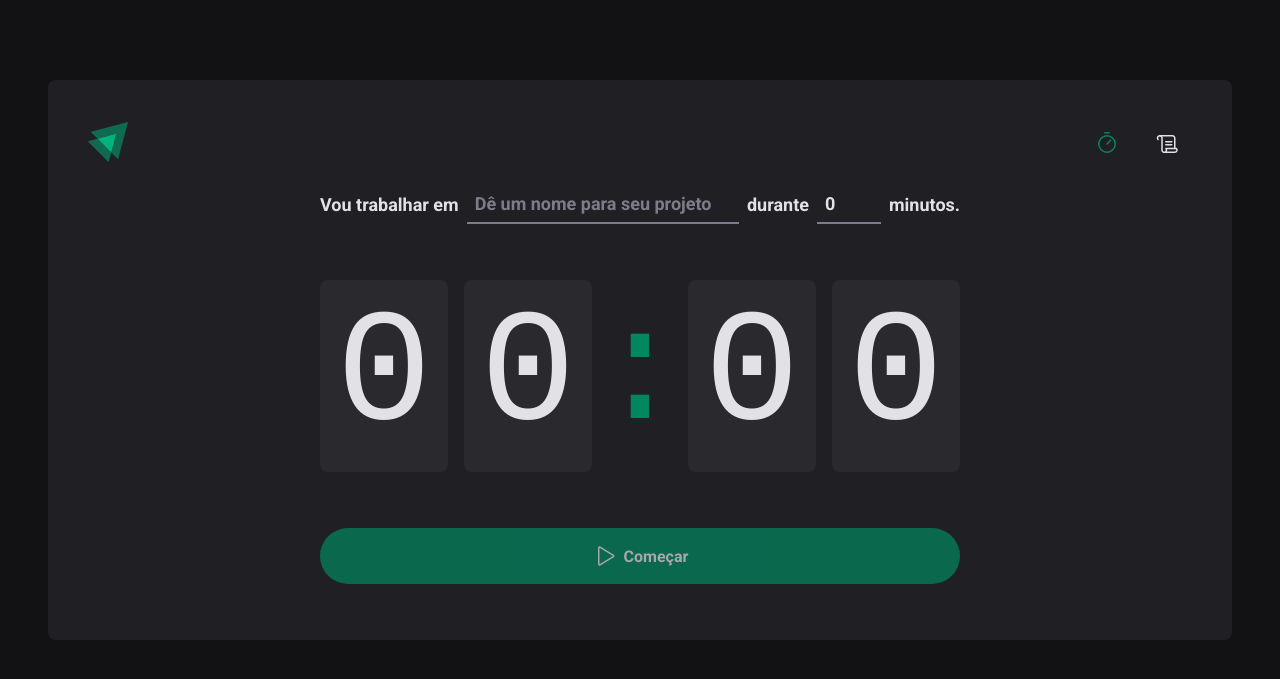
Repository: hercules-ferreira/project-2-timer-todo
Page: /
The author's editor kept a copy of each file at every save. The page is drawn from the files as they stood at one save, then again after the next save.
The browser window is 1280 px wide. The pictures show the whole page.
The project was rebuilt for these pictures with package versions that can differ from the ones it lists, and the page was loaded fresh each time. Also part of the build but not shown: vite.config.ts, src/pages/History/styles.ts, src/pages/History/index.tsx.

Above is the page before, as saved 2023-08-15 02:52:07.

### index.html
<!doctype html>
<html lang="en">
  <head>
    <meta charset="UTF-8" />
    <link rel="preconnect" href="https://fonts.googleapis.com" />
    <link rel="preconnect" href="https://fonts.gstatic.com" crossorigin />
    <link href="https://fonts.googleapis.com/css2?family=Roboto:wght@400;700&display=swap" rel="stylesheet" />
    <meta name="viewport" content="width=device-width, initial-scale=1.0" />


    <title>Project Timer Todo</title>
  </head>
  <body>
    <div id="root"></div>
    <script type="module" src="/src/main.tsx"></script>
  </body>
</html>

### src/App.tsx
import { ThemeProvider } from "styled-components";
import { defaultTheme } from "./styles/themes/default";
import { GlobalStyle } from "./styles/global";
import { Router } from "./Router";
import { BrowserRouter } from "react-router-dom";
import { CyclesContextProvider } from "./components/context/CyclesContext";

export function App() {
  return (
    <BrowserRouter>
      <ThemeProvider theme={defaultTheme}>
        <CyclesContextProvider>
          <Router />
        </CyclesContextProvider>
        <GlobalStyle />
      </ThemeProvider>
    </BrowserRouter>
  );
}

### src/styles/themes/default.ts
export const defaultTheme = {
    white: "#FFF",

    'gray-100': '#E1E1E6',
    'gray-300': '#C4C4CC',
    'gray-400': '#8D8D99',
    'gray-500': '#7C7C8A',
    'gray-600': '#323238',
    'gray-700': '#29292E',
    'gray-800': '#202024',
    'gray-900': '#121214',

    'green-300': '#00B37E',
    'green-500': '#00875F',
    'green-700': '#015F43',

    'red-500': '#AB222E',
    'red-700': '#7A1921',

    'yellow-500': '#FBA94C',
  }

### src/styles/global.ts
import { createGlobalStyle } from "styled-components";


export const GlobalStyle = createGlobalStyle`

*{
    margin: 0;
    padding: 0;
    box-sizing: border-box;
}

:focus{
    outline: 0;
    box-shadow: 0 0 0 2px ${props => props.theme['gray-500']}
}

body{
    background: ${props => props.theme['gray-900']};
    color: ${props => props.theme['gray-300']};
    -webkit-font-smoothing: antialiased;
}

body, input, textarea, button{
    font-family: 'Roboto', sans-serif;
    font-weight: 400;
    font-size: 1rem;
}`;

### src/Router.tsx
import { Route, Routes } from "react-router-dom"
import { Home } from "./pages/Home"
import { History } from "./pages/History"
import { DefaultLayout } from "./layouts/DefaultLayout"

export function Router(){
    return(
        <Routes>

            <Route path="/" element={<DefaultLayout />}>

                <Route path="/" element={<Home />} />
                <Route path="/history" element={<History />} />

            </Route>





        </Routes>

    )
}

### src/components/context/CyclesContext.tsx
import { ReactNode, createContext, useReducer, useState } from "react";

interface CreateCycleDate {
  task: string;
  minutesAmount: number;
}

interface Cycle {
  id: string;
  task: string;
  minutesAmount: number;
  startDate: Date;
  interruptDate?: Date;
  finishDate?: Date;
}

interface CycleContextType {
  cycles: Cycle[];
  activeCycle: Cycle | undefined;
  activeCycleId: string | null;
  amountSecondsPassed: number;
  markCurrentCycleAsFinished: () => void;
  setSecondsPassed: (seconds: number) => void;
  createNewCycle: (data: CreateCycleDate) => void;
  interruptCurrentCycle: () => void;
}

export const CycleContext = createContext({} as CycleContextType);

interface CyclesContextProviderProps {
  children: ReactNode;
}
interface CyclesState {
  cycles: Cycle[];
  activeCycleId: string | null;
}

export function CyclesContextProvider({
  children,
}: CyclesContextProviderProps) {
  const [cyclesState, dispatch] = useReducer(
    (state: CyclesState, action: any) => {
      if (action.type === "ADD_NEW_CYCLE") {
        return {
          ...state,
          cycles: [state.cycles, action.payload.newCycle],
          activeCycleId: action.payload.id,
        };
      }
      return state;
    },
    {
      cycles: [],
      activeCycleId: null,
    }
  );

  // const [activeCycleId, setActiveCycleId] = useState<string | null>(null);
  const [amountSecondsPassed, setAmountSecondsPassed] = useState(0);

  const { cycles, activeCycleId } = cyclesState;

  const activeCycle = cycles.find((cycle) => cycle.id === activeCycleId);

  function setSecondsPassed(seconds: number) {
    setAmountSecondsPassed(seconds);
  }

  function markCurrentCycleAsFinished() {
    dispatch({
      type: "MARK_CURRENT_CYCLE_AS_FINISHED",
      payload: {
        activeCycleId,
      },
    });
    // setCycles((state) =>
    //   state.map((cycle) => {
    //     if (cycle.id === activeCycleId) {
    //       return { ...cycle, finishDate: new Date() };
    //     } else {
    //       return cycle;
    //     }
    //   })
    // );
  }

  function createNewCycle(data: CreateCycleDate) {
    const id = String(new Date().getTime());

    const newCycle: Cycle = {
      id,
      task: data.task,
      minutesAmount: data.minutesAmount,
      startDate: new Date(),
    };

    dispatch({
      type: "ADD_NEW_CYCLE",
      payload: {
        newCycle,
      },
    });

    // setCycles([...cycles, newCycle]);
    // setActiveCycleId(id);
    setAmountSecondsPassed(0);
  }

  function interruptCurrentCycle() {
    dispatch({
      type: "INTERRUPT_CURRENT_TYPE",
      payload: {
        activeCycleId,
      },
    });

    dispatch(activeCycleId);
    // setCycles((state) =>
    //   state.map((cycle) => {
    //     if (cycle.id === activeCycleId) {
    //       return { ...cycle, interruptDate: new Date() };
    //     } else {
    //       return cycle;
    //     }
    //   })
    // );
    setActiveCycleId(null);
  }

  return (
    <CycleContext.Provider
      value={{
        cycles,
        activeCycle,
        activeCycleId,
        markCurrentCycleAsFinished,
        amountSecondsPassed,
        setSecondsPassed,
        createNewCycle,
        interruptCurrentCycle,
      }}
    >
      {children}
    </CycleContext.Provider>
  );
}

### src/pages/Home/index.tsx
import { HandPalm, Play } from "phosphor-react";
import { FormProvider, useForm } from "react-hook-form";
import { zodResolver } from "@hookform/resolvers/zod";
import * as zod from "zod";

import {
  HomeContainer,
  StartCountDownButton,
  StopCountDownButton,
} from "./styles";

import { NewCycleForm } from "./components/NewCycleForm";
import { Countdown } from "./components/Countdown";
import { useContext } from "react";
import { CycleContext } from "../../components/context/CyclesContext";




const newCycleFormValidationSchema = zod.object({
  task: zod.string().min(3, "Informe no mínimo 3 caracteres!"),
  minutesAmount: zod
    .number()
    .min(1, "O ciclo de tempo deve ter no mínimo 5 minutos!")
    .max(60, "O ciclo de tempo deve ter no máximo 60 minutos!"),
});

type NewCycleFormData = zod.infer<typeof newCycleFormValidationSchema>;

export function Home() {
  const {activeCycle, createNewCycle, interruptCurrentCycle} = useContext(CycleContext)



  const newCycleForm = useForm<NewCycleFormData>({
    resolver: zodResolver(newCycleFormValidationSchema),
    defaultValues: {
      task: "",
      minutesAmount: 0,
    },
  });

  const { handleSubmit, watch, /*reset*/ } = newCycleForm;


  const task = watch("task");
  const isSubmitDisabled = !task;


  return (
    <>
      <HomeContainer>
        <form onSubmit={handleSubmit(createNewCycle)} action="">
          <FormProvider {...newCycleForm}>
            <NewCycleForm />
          </FormProvider>
          <Countdown />

          {activeCycle ? (
            <StopCountDownButton onClick={interruptCurrentCycle} type="button">
              <HandPalm size={24} />
              Interromper
            </StopCountDownButton>
          ) : (
            <StartCountDownButton disabled={isSubmitDisabled} type="submit">
              <Play size={24} />
              Começar
            </StartCountDownButton>
          )}
        </form>
      </HomeContainer>
    </>
  );
}

### src/layouts/DefaultLayout/index.tsx
import { Outlet } from "react-router-dom"
import { LayoutContainer } from "./styles"
import { Header } from "../../components/Header"

export function DefaultLayout(){
    return(

        <>
        <LayoutContainer>

        <Header />
       <Outlet />

        </LayoutContainer>
        </>
    )
}

### src/pages/Home/styles.ts
import styled from "styled-components";

export const HomeContainer = styled.main`
flex: 1;
display: flex;
flex-direction: column;
align-items: center;
justify-content: center;

    form{
        display: flex;
        flex-direction: column;
        align-items: center;
        gap: 3.5rem
    }
`;

export const BaseCountDownButton = styled.button`
width: 100%;
border: 0;
padding: 1rem;
border-radius: 8rem;

display: flex;
align-items: center;
justify-content: center;

gap: .5rem;
font-weight: bold;
cursor: pointer;


&:disabled{
    opacity: 0.7;
    cursor: not-allowed;
}
`;


export const StartCountDownButton = styled(BaseCountDownButton)`
background: ${(props) => props.theme['green-500']};
color: ${(props) => props.theme['gray-100']};

&:not(:disabled):hover{
    background: ${(props) => props.theme['green-700']}
}

`


export const StopCountDownButton = styled(BaseCountDownButton)`
background: ${(props) => props.theme['red-500']};
color: ${(props) => props.theme['gray-100']};



&:not(:disabled):hover{
    background: ${(props) => props.theme['red-700']}
}


`

### src/pages/Home/components/NewCycleForm/index.tsx
import { FormContainer, TaskInput, MinutesAmountInput} from './styles';
import { useFormContext } from 'react-hook-form';
import { useContext } from 'react';
import { CycleContext } from '../../../../components/context/CyclesContext';


export function NewCycleForm() {
  const { activeCycle } = useContext(CycleContext)
  const { register } = useFormContext()


  return (
    <FormContainer>
      <label htmlFor="task">Vou trabalhar em</label>
      <TaskInput
        id="task"
        list="task-suggestion"
        placeholder="Dê um nome para seu projeto"
        disabled={!!activeCycle}
        {...register("task")}
      />
      <datalist id="task-suggestion">
        <option value="projeto 1" />
        <option value="projeto 2" />
        <option value="projeto 3" />
      </datalist>

      <label htmlFor="minutesAmount">durante</label>
      <MinutesAmountInput
        type="number"
        id="minutesAmount"
        placeholder="00"
        step={5}
        min={1}
        max={60}
        disabled={!!activeCycle}
        {...register("minutesAmount", { valueAsNumber: true })}
      />
      <span>minutos.</span>
    </FormContainer>
  );
}

### src/pages/Home/components/Countdown/index.tsx
import { CountdownContainer, Separator } from "./styles";
import { useEffect, useContext } from "react";
import { differenceInSeconds } from "date-fns";
import { CycleContext } from '../../../../components/context/CyclesContext';



export function Countdown() {

const {activeCycle, activeCycleId, markCurrentCycleAsFinished, amountSecondsPassed, setSecondsPassed} = useContext(CycleContext)


  const totalSeconds = activeCycle ? activeCycle.minutesAmount * 60 : 0;



  useEffect(() => {
    let interval: number;

    if (activeCycle) {
      interval = setInterval(() => {
        const secondsDifference = differenceInSeconds(
          new Date(),
          activeCycle.startDate
        );
        if (secondsDifference >= totalSeconds) {

          markCurrentCycleAsFinished()

          setSecondsPassed(totalSeconds);

          clearInterval(interval);
        } else {
          setSecondsPassed(secondsDifference);
        }
      }, 1000);
    }

    return () => {
      clearInterval(interval);
    };
  }, [activeCycle, totalSeconds, activeCycleId, markCurrentCycleAsFinished, setSecondsPassed]);


  const currentSeconds = activeCycle ? totalSeconds - amountSecondsPassed : 0;

  const minutesAmount = Math.floor(currentSeconds / 60);
  const secondsAmount = currentSeconds % 60;

  const minutes = String(minutesAmount).padStart(2, "0");
  const seconds = String(secondsAmount).padStart(2, "0");

  useEffect(() => {
    if (activeCycle) {
      document.title = `${minutes}:${seconds}`;
    }
  }, [minutes, seconds, activeCycle]);

  return (
    <CountdownContainer>
      <span>{minutes[0]}</span>
      <span>{minutes[1]}</span>
      <Separator>:</Separator>
      <span>{seconds[0]}</span>
      <span>{seconds[1]}</span>
    </CountdownContainer>
  );
}

### src/layouts/DefaultLayout/styles.ts
import styled from "styled-components";


export const LayoutContainer = styled.div`
    max-width: 74rem;
    height: calc(100vh - 10rem);
    margin: 5rem auto;
    padding: 2.5rem;

    background: ${props => props.theme['gray-800']};
    border-radius: 8px;

    display: flex;
    flex-direction: column;

`;

### src/components/Header/index.tsx
import { HeaderContainer } from "./styles";
import logo from '../../assets/Logo.svg'
import { Timer, Scroll } from "phosphor-react";
import { NavLink } from "react-router-dom";


export function Header(){
    return(

        <>
    <HeaderContainer>
<span><img src={logo} alt="logo"/></span>
        <nav>
        <NavLink to="" title='Timer'>
            <Timer size={24} />
        </NavLink>
        <NavLink to="history" title="Histórico">
          <Scroll size={24} />
        </NavLink>
        </nav>
    </HeaderContainer>

        </>
    )
}

### src/pages/Home/components/NewCycleForm/styles.ts
import styled from "styled-components";


export const FormContainer = styled.div`
width: 100%;
display: flex;
align-items: center;
gap: .5rem;
color: ${props=> props.theme['gray-100']};
font-size: 1.125rem;
font-weight: bold;
flex-wrap: wrap;
`;


const BaseInput = styled.input`
background: transparent;
height: 2.5rem;
border: 0;
border-bottom: 2px solid ${(props) => props.theme['gray-500']};
font-weight: bold;
font-size: 1.125rem;
padding: 0 .5rem;
color: ${(props)=> props.theme['gray-100']};

&::placeholder{
    color: ${(props) => props.theme['gray-500']}
}
&:focus{
    box-shadow: none;
    border-color: ${(props) => props.theme['green-500']}
}


`;



export const TaskInput = styled(BaseInput)`
flex: 1;
&::-webkit-calendar-picker-indicator{
    display:none !important;
}
`;

export const MinutesAmountInput = styled(BaseInput)`
width: 4rem;

`;

### src/pages/Home/components/Countdown/styles.ts
import styled from "styled-components";


export const CountdownContainer = styled.div`
font-family: 'Roboto Mono', monospace;
font-size: 10rem;
line-height: 8rem;
color: ${(props) => props.theme['gray-100']};

display: flex;
gap: 1rem;

span{
    background: ${(props) => props.theme['gray-700']};
    padding: 2rem 1rem;
    border-radius: 8px;
}
`;


export const Separator = styled.div`
padding: 2rem;
color: ${(props) => props.theme['green-500']};
width: 4rem;
overflow: hidden;
display: flex;
justify-content: center;

`;

### src/components/Header/styles.ts
import styled from "styled-components";


export const HeaderContainer = styled.header`
display: flex;
align-items: center;
justify-content: space-between;

nav{
    display: flex;
    gap: .8rem;


    a{
        width: 3rem;
        height: 3rem;
        display: flex;

        justify-content: center;
        align-items: center;

        color: ${(props) => props.theme['gray-100']};

        border-top: 3px solid transparent;
        border-bottom: 3px solid transparent;

        &:hover{
            border-bottom: 3px solid ${(props) => props.theme['green-500']}
        }

        &.active{
            color: ${(props) => props.theme['green-500']}

        }
    }
}`

Loaded but not shown: src/main.tsx (common file)

After the next save:
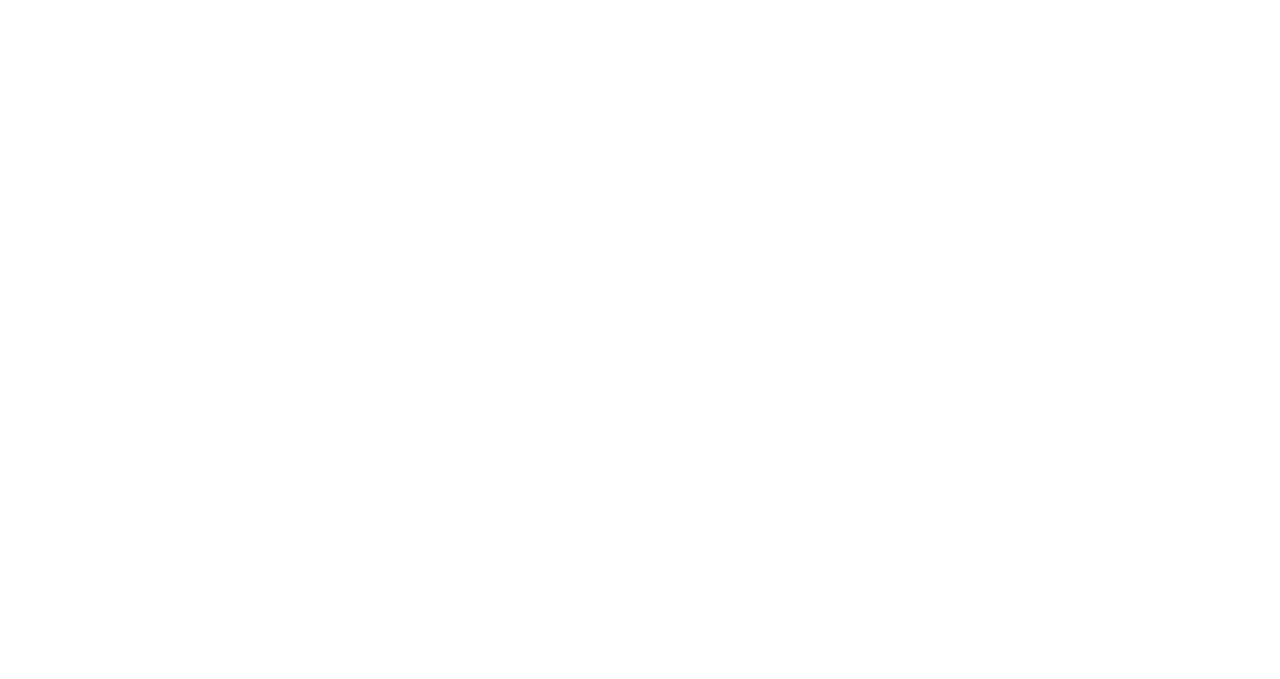
Console error: TypeError: cycles.find is not a function
Saved 46 s later.
--- a/src/components/context/CyclesContext.tsx
+++ b/src/components/context/CyclesContext.tsx
@@ -30,6 +30,7 @@
 interface CyclesContextProviderProps {
   children: ReactNode;
 }
+
 interface CyclesState {
   cycles: Cycle[];
   activeCycleId: string | null;
@@ -38,13 +39,12 @@
 export function CyclesContextProvider({
   children,
 }: CyclesContextProviderProps) {
-  const [cyclesState, dispatch] = useReducer(
+  const [cycles, dispatch] = useReducer(
     (state: CyclesState, action: any) => {
       if (action.type === "ADD_NEW_CYCLE") {
         return {
           ...state,
           cycles: [state.cycles, action.payload.newCycle],
-          activeCycleId: action.payload.id,
         };
       }
       return state;
@@ -55,10 +55,8 @@
     }
   );
 
-  // const [activeCycleId, setActiveCycleId] = useState<string | null>(null);
+  const [activeCycleId, setActiveCycleId] = useState<string | null>(null);
   const [amountSecondsPassed, setAmountSecondsPassed] = useState(0);
-
-  const { cycles, activeCycleId } = cyclesState;
 
   const activeCycle = cycles.find((cycle) => cycle.id === activeCycleId);
 
@@ -102,7 +100,7 @@
     });
 
     // setCycles([...cycles, newCycle]);
-    // setActiveCycleId(id);
+    setActiveCycleId(id);
     setAmountSecondsPassed(0);
   }
 

After the 2 saves that followed:
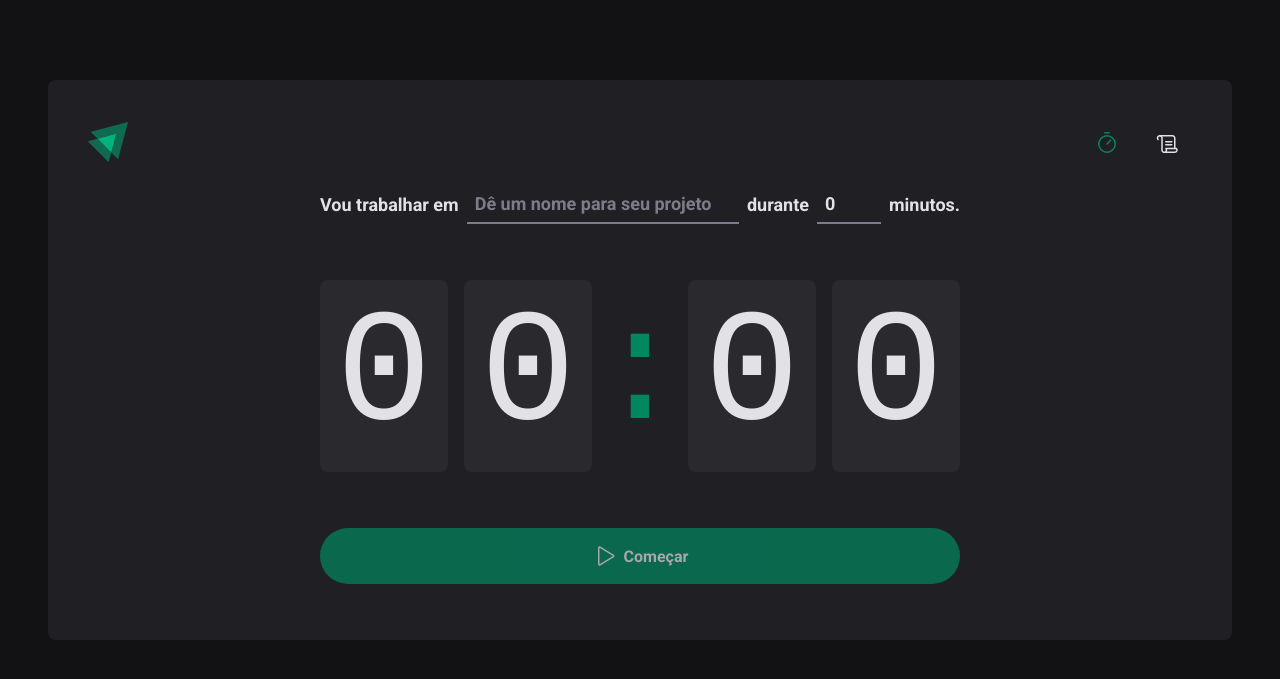
The error is gone.
The 2 saves are shown as one change because 1 left the picture as it was.
The last was saved 39 s later.
--- a/src/components/context/CyclesContext.tsx
+++ b/src/components/context/CyclesContext.tsx
@@ -27,33 +27,25 @@
 
 export const CycleContext = createContext({} as CycleContextType);
 
-interface CyclesContextProviderProps {
-  children: ReactNode;
-}
-
 interface CyclesState {
   cycles: Cycle[];
   activeCycleId: string | null;
 }
 
+interface CyclesContextProviderProps {
+  children: ReactNode;
+}
+
 export function CyclesContextProvider({
   children,
 }: CyclesContextProviderProps) {
-  const [cycles, dispatch] = useReducer(
-    (state: CyclesState, action: any) => {
-      if (action.type === "ADD_NEW_CYCLE") {
-        return {
-          ...state,
-          cycles: [state.cycles, action.payload.newCycle],
-        };
-      }
-      return state;
-    },
-    {
-      cycles: [],
-      activeCycleId: null,
+  const [cycles, dispatch] = useReducer((state: CyclesState[], action: any) => {
+    if (action.type === "ADD_NEW_CYCLE") {
+      return [...state, action.payload.newCycle];
     }
-  );
+
+    return state;
+  }, []);
 
   const [activeCycleId, setActiveCycleId] = useState<string | null>(null);
   const [amountSecondsPassed, setAmountSecondsPassed] = useState(0);
